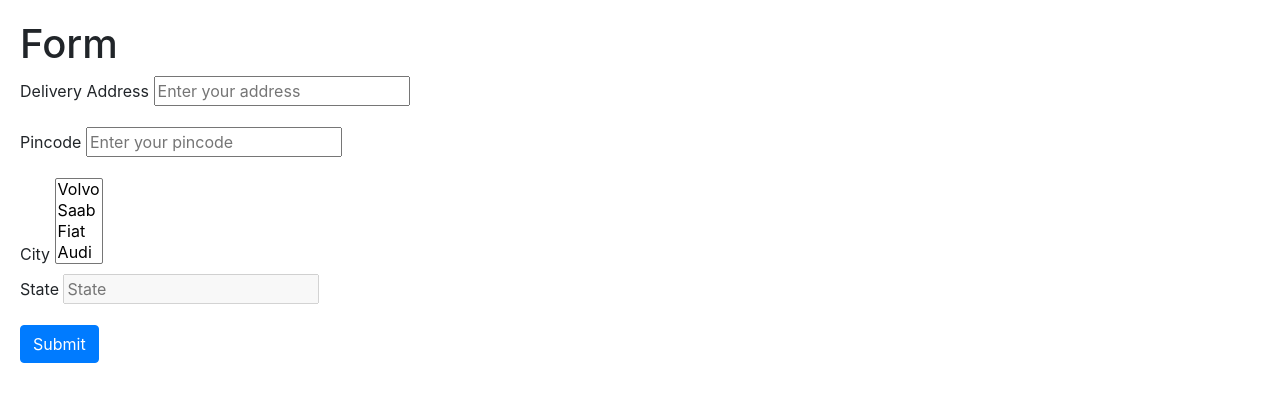
Repository: piyushj81/ComputerShop
Page: http://localhost/computershop/shopnowform.jsp
The author's editor kept a copy of each file at every save. The page is drawn from the files as they stood at one save, then again after the next save.
The browser window is 1280 px wide. The pictures show the whole page.
The page is served by Tomcat 9.

Above is the page before, as saved 2021-10-11 06:28:39.

After the next save:
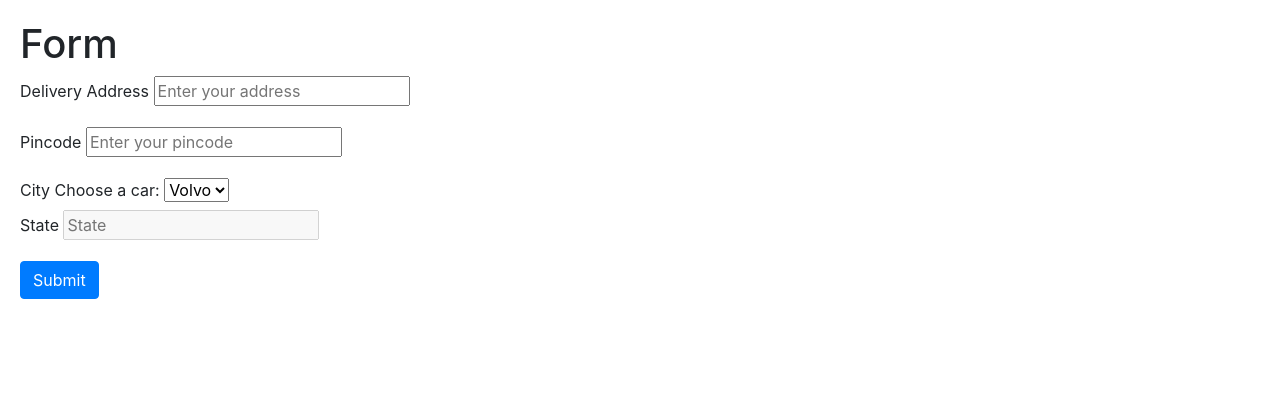
Saved 89 s later.
--- a/computershop/WebContent/shopnowform.jsp
+++ b/computershop/WebContent/shopnowform.jsp
@@ -32,13 +32,13 @@
    <input type="text" class="pincode" id="pincode"  placeholder="Enter your pincode" autocomplete="pin" required > </div>
    <div class="form-group">
     <label for="exampleInputEmail1">City</label>
- <select id="cars" name="City" size="4" multiple>
+<label for="cars">Choose a car:</label>
+<select id="cars" name="cars">
   <option value="volvo">Volvo</option>
   <option value="saab">Saab</option>
   <option value="fiat">Fiat</option>
   <option value="audi">Audi</option>
 </select>
-
     <div class="form-group">
    <label for="exampleInputEmail1">State</label>
 
